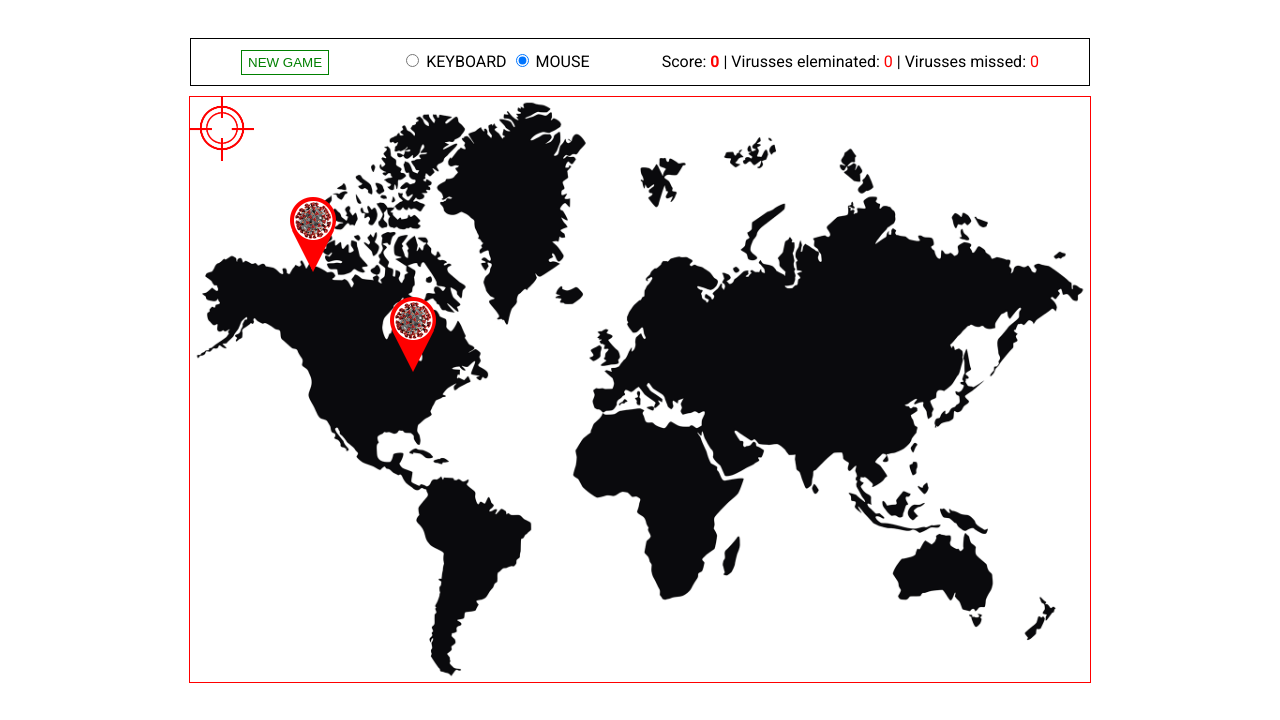
Repository: Baterka/DestroyTheVirus
Page: index.html
An editor plug-in stored every save of this project. The page is shown before and after the next save, followed by the edit.
The browser window is 1280 px wide. The pictures show the whole page.

Above is the page before, as saved 2020-03-19 15:32:47.

After the next save:
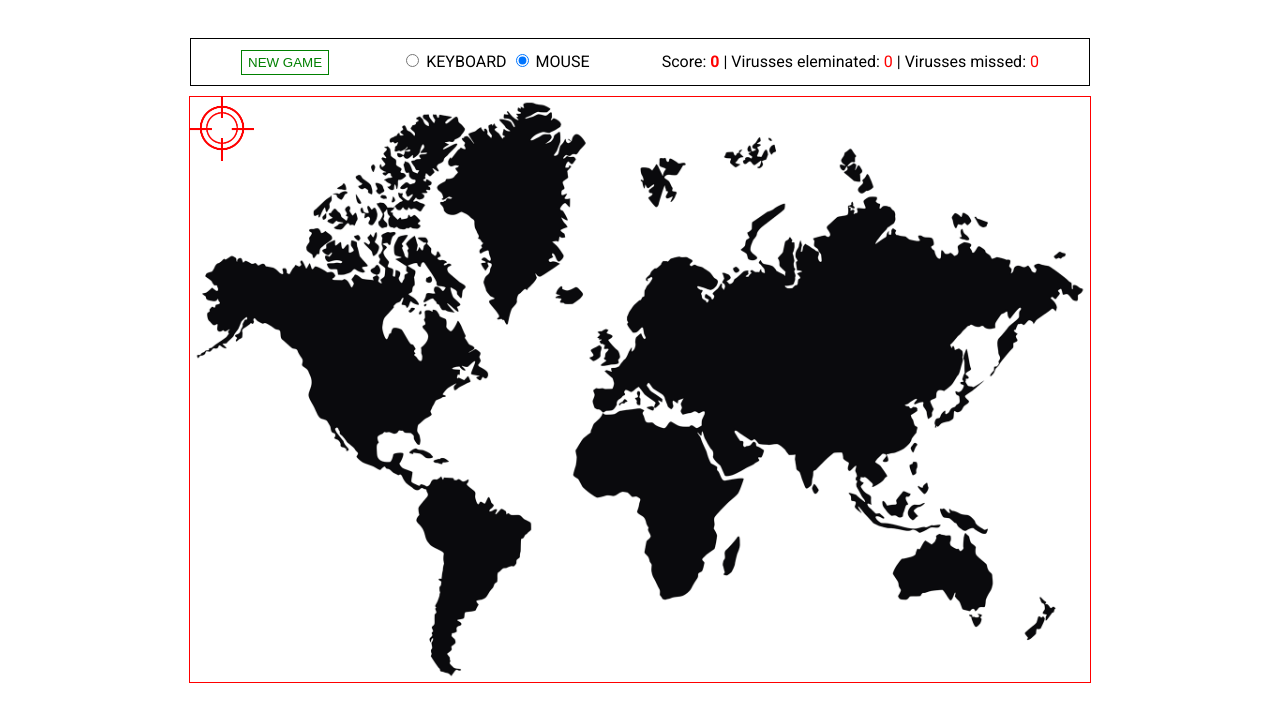
Saved 21 min 17 s later.
--- a/main.js
+++ b/main.js
@@ -1,3 +1,7 @@
+const randomTime = (min, max) => {
+    return Math.floor((Math.random() * max) + min);
+}
+
 class Game {
     html = document.getElementsByTagName('html')[0];
     canvas = document.getElementById('canvas');
@@ -192,6 +196,13 @@ class Virus {
         virusElem.id = this._list.length;
         this._list.push(virusElem);
         this._parentElem.appendChild(virusElem);
+        this._autoHide(virusElem);
+    }
+
+    _autoHide(elem) {
+        setTimeout(() => {
+            elem.remove()
+        }, randomTime(500, 1000));
     }
 
     /**
